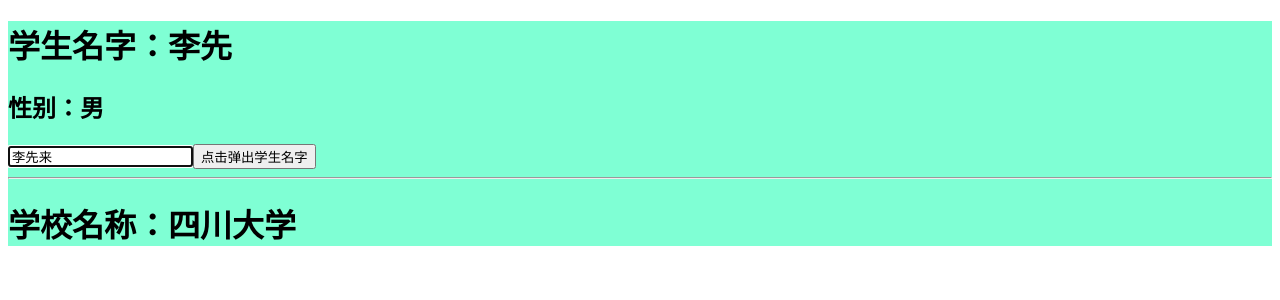
Repository: Lixianlai-2/The-journey-of-learning-Vue
Page: / (app in afterVueCli/Vue_Test/)
The author's editor kept a copy of each file at every save. The page is drawn from the files as they stood at one save, then again after the next save.
The browser window is 1280 px wide. The pictures show the whole page.
The project was rebuilt for these pictures with package versions that can differ from the ones it lists, and the page was loaded fresh each time.

Above is the page before, as saved 2022-04-12 09:32:29.

### afterVueCli/Vue_Test/src/main.js
import Vue from "vue";
import App from "./App.vue";
import plugins from "./plugins";

// 使用插件
Vue.use(plugins, 1, 2, 3);
// 关闭生产模式提醒
Vue.config.productionTip = false;

new Vue({
  render: (h) => h(App),
}).$mount("#app");

### afterVueCli/Vue_Test/src/App.vue
<template>
  <div id="app">
    <student />
    <school />
  </div>
</template>

<script>
import School from "./components/school.vue";
import student from "./components/student.vue";

export default {
  name: "App",
  components: {
    student,
    School,
  },
  data() {
    return {
      msg: "我正在自学前端技术",
    };
  },
};
</script>

<style>
#app {
  background-color: aquamarine;
}
</style>

### afterVueCli/Vue_Test/src/plugins.js
export default {
  // 必须有install函数，参数是Vue构造函数
  install(Vue, x, y, z) {
    console.log("@", Vue);
    console.log("#", x, y, z);

    // 全局过滤器
    // 这部分的作用是什么？只要字符串的前2位
    Vue.filter("mySlice", function (value) {
      console.log("filter works!");
      return value.slice(0, 2);
    });

    // 定义全局指令
    Vue.directive("fbind", {
      // 指令与元素成功绑定时
      bind(element, binding) {
        element.value = binding.value;
      },
      // 指令所在元素被插入页面时
      inserted(element) {
        element.focus();
      },
      // 指令所在的末班被重新重构时
      update(element, binding) {
        element.value = binding.value;
      },
    });

    // 添加混入，全局都可以使用
    Vue.mixin({
      methods: {
        showName() {
          alert(this.name);
        },
      },
      data() {
        return {
          i: 100,
          q: 200,
        };
      },
    });

    // 给Vue原型上添加方法
    Vue.prototype.hello = () => {
      alert("你好啊");
    };
  },
};

### afterVueCli/Vue_Test/src/components/school.vue
<template>
  <div>
    <h1>学校名称：{{ name }}</h1>
    <!-- <button @click="showName">点击弹出学生名字</button> -->
  </div>
</template>

<script>
export default {
  data() {
    return {
      name: "四川大学",
    };
  },
};
</script>

<style></style>

### afterVueCli/Vue_Test/src/components/student.vue
<template>
  <div>
    <h1 @click="showName">学生名字：{{ name | mySlice }}</h1>
    <h2>性别：{{ gender }}</h2>
    <input type="text" v-fbind:value="name" />
    <button @click="showName">点击弹出学生名字</button>

    <hr />
  </div>
</template>

<script>
export default {
  data() {
    return {
      name: "李先来",
      gender: "男",
    };
  },
  methods: {
    showName() {
      // 注意要调用，这里是使用Vue原型上的方法
      this.hello();
    },
  },
};
</script>

<style></style>

Loaded but not shown: afterVueCli/Vue_Test/public/index.html (common file)

After the next save:
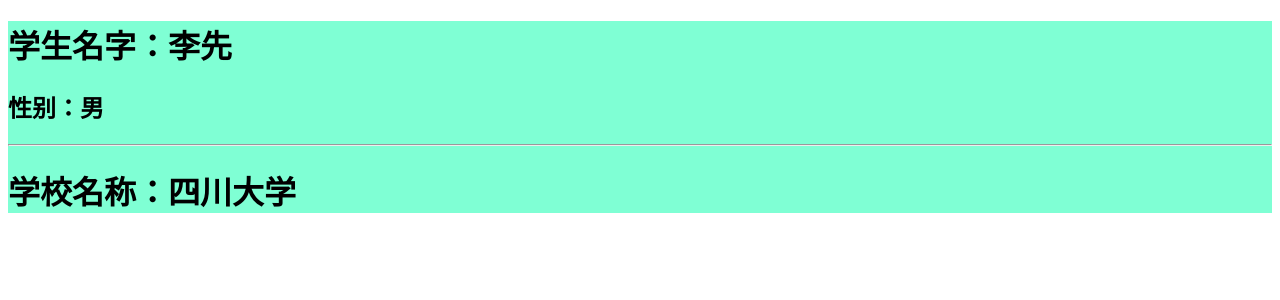
Saved 2 days later.
--- a/afterVueCli/Vue_Test/src/components/student.vue
+++ b/afterVueCli/Vue_Test/src/components/student.vue
@@ -2,8 +2,6 @@
   <div>
     <h1 @click="showName">学生名字：{{ name | mySlice }}</h1>
     <h2>性别：{{ gender }}</h2>
-    <input type="text" v-fbind:value="name" />
-    <button @click="showName">点击弹出学生名字</button>
 
     <hr />
   </div>
@@ -17,12 +15,6 @@
       gender: "男",
     };
   },
-  methods: {
-    showName() {
-      // 注意要调用，这里是使用Vue原型上的方法
-      this.hello();
-    },
-  },
 };
 </script>
 
